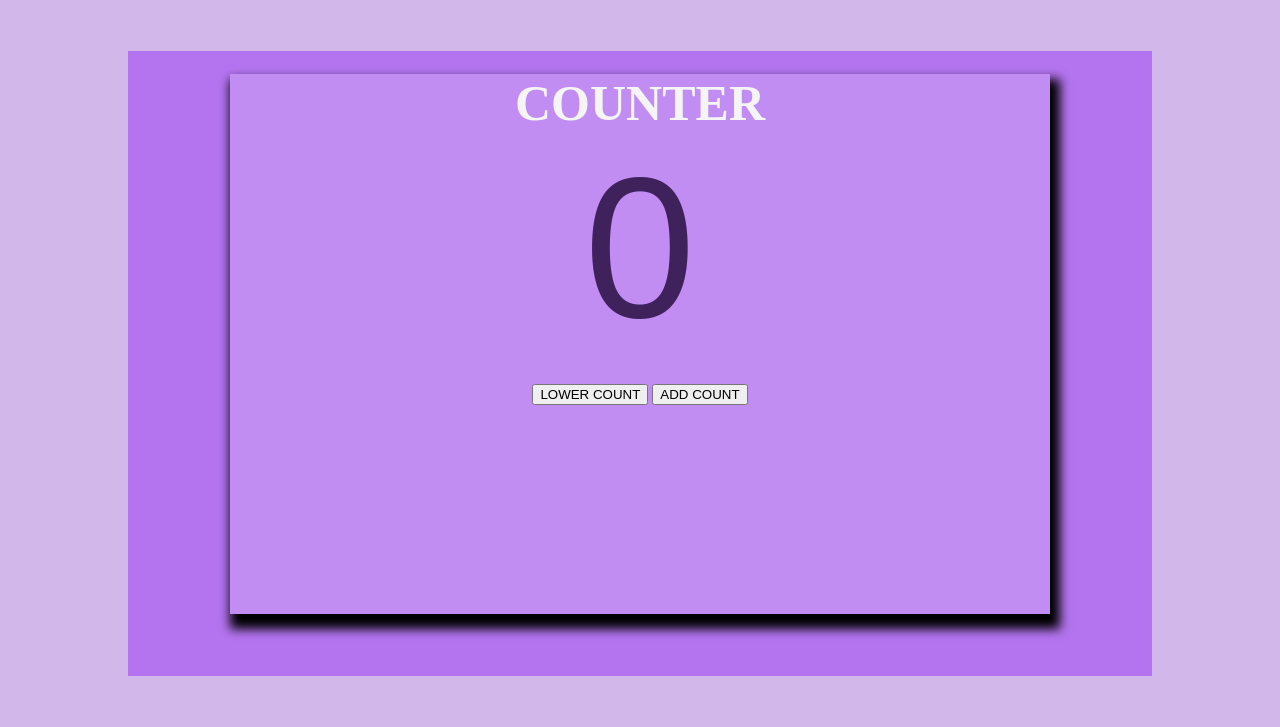
Repository: AnahitKhechumyan/Counter
Page: index.html
The author's editor kept a copy of each file at every save. The page is drawn from the files as they stood at one save, then again after the next save.
The browser window is 1280 px wide. The pictures show the whole page.

Above is the page before, as saved 2022-02-14 19:08:02.
Console error: TypeError: Cannot set properties of null (setting 'innerHTML')

### index.html
<!DOCTYPE html>
<html lang="en">
<head>
    <meta charset="UTF-8">
    <meta http-equiv="X-UA-Compatible" content="IE=edge">
    <meta name="viewport" content="width=device-width, initial-scale=1.0">
    <link rel="stylesheet" href="style.css">
    <script src= "./script.js"></script>
    <title>Document</title>
</head>
<body>
    <div class="container">
        <div class="main">
            <div class="header">COUNTER</div>
            <input class= "counter-display" type= "text" value = "0"/>
            <div class = "change">
                 <button class ="decrement" type="button">LOWER COUNT</button>
                 <button class ="increment" type="button">ADD COUNT</button>
            </div>
        </div>
    </div>
    <script src= "./script.js"></script>
</body>
</html>

### style.css
body{
    margin: 0;
    background-color: rgb(210, 183, 235);
}
.container{
    background-color: rgb(180, 116, 240);
    width: 80%;
    height: 85vh;
    margin: 4% 10%;
    padding-top: 1%;

}
.main{
    background-color: rgb(194, 141, 243);
    width: 80%;
    height: 75vh;
    margin: 1% 10%;
    box-shadow: 5px 10px 10px 5px;
    text-align: center;
}
.header{
    text-align: center;
    color:whitesmoke;
    font-size: 50px;
    font-weight: 700;
}

input{
    background-color:rgb(194, 141, 243) ;
    width: 20%;
    border:none;
    font-size:200px;
    color:rgb(63, 33, 92);
    text-align: center;
}
 .change{
    padding:20px;
 }
#decrement{
    padding:10px;
   margin-right: 150px;
   background-color: rgb(110, 74, 143);
   color:whitesmoke;
}
#decrement:hover{
    background-color:whitesmoke;
    color:rgb(110, 74, 143);
    cursor:pointer;
}
#increment{
    padding:10px;
    background-color: rgb(110, 74, 143);
    margin-left: 150px;
    color:whitesmoke;
}
#increment:hover{
    background-color:whitesmoke;
    color:rgb(110, 74, 143);
    cursor:pointer;
}

### script.js
let display = document.querySelector(".counter-display");
let addCount = document.getElementById("increment");
let lowerCount =document.getElementById("decrement");

    let count = 0;

    updateDisplay();

 addCount.addEventListener("click",()=>{
    count ++;
    updateDisplay();
});
lowerCount.addEventListener("click",()=>{
    count --;
    updateDisplay();
})
function updateDisplay(){
    display.innerHTML = count;
};

After the next save:
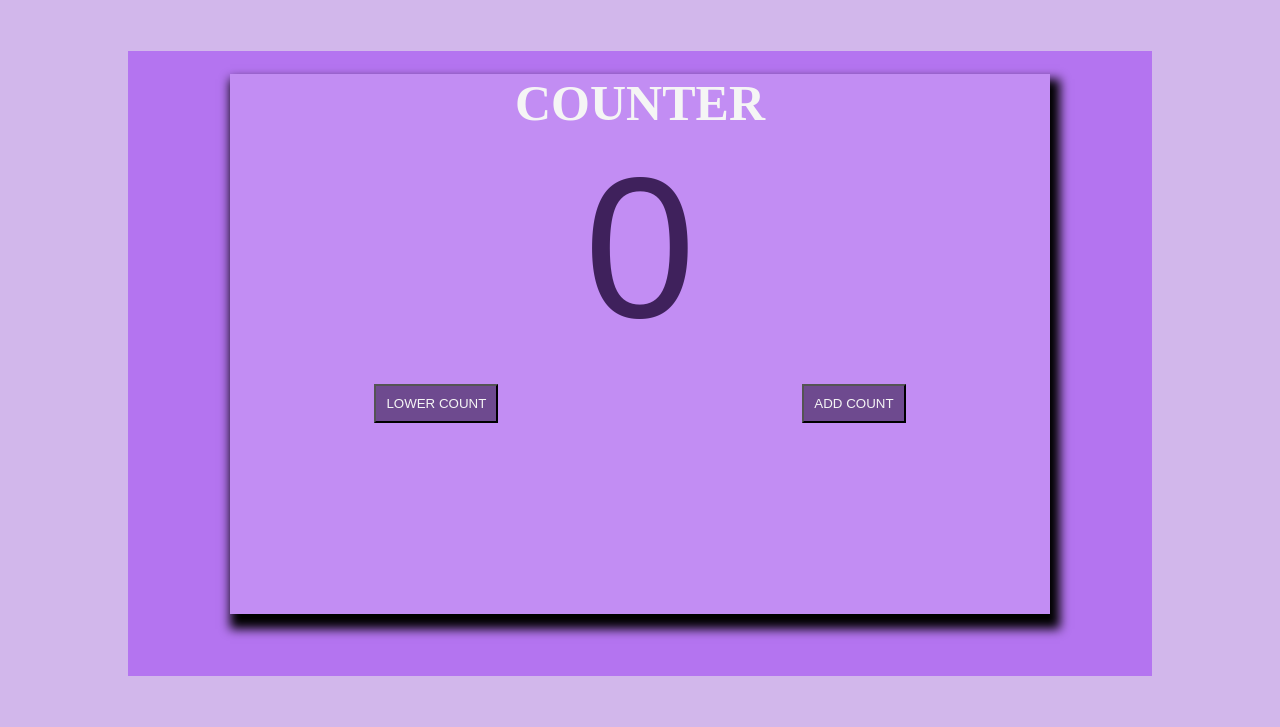
Saved 20 s later.
--- a/style.css
+++ b/style.css
@@ -36,24 +36,24 @@ input{
  .change{
     padding:20px;
  }
-#decrement{
+.decrement{
     padding:10px;
    margin-right: 150px;
    background-color: rgb(110, 74, 143);
    color:whitesmoke;
 }
-#decrement:hover{
+.decrement:hover{
     background-color:whitesmoke;
     color:rgb(110, 74, 143);
     cursor:pointer;
 }
-#increment{
+.increment{
     padding:10px;
     background-color: rgb(110, 74, 143);
     margin-left: 150px;
     color:whitesmoke;
 }
-#increment:hover{
+.increment:hover{
     background-color:whitesmoke;
     color:rgb(110, 74, 143);
     cursor:pointer;
